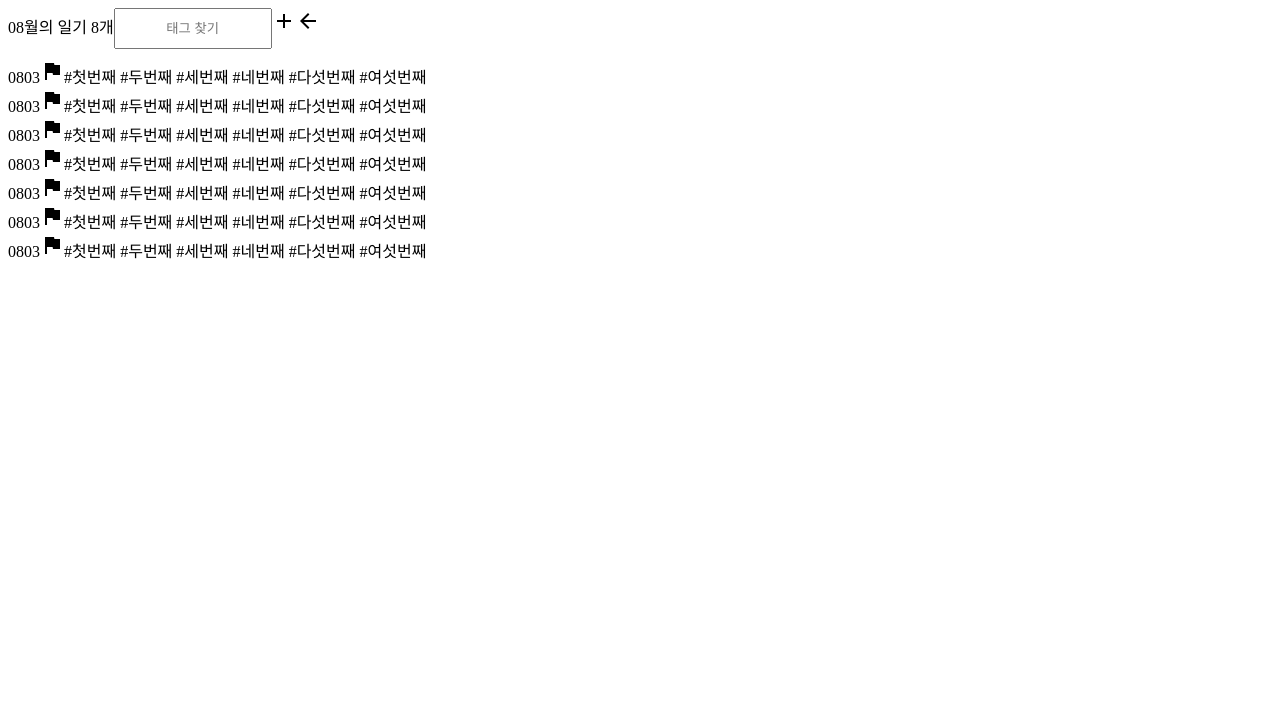
Repository: IMHANA/diary
Page: /list
The author's editor kept a copy of each file at every save. The page is drawn from the files as they stood at one save, then again after the next save.
The browser window is 1280 px wide. The pictures show the whole page.
The project was rebuilt for these pictures with package versions that can differ from the ones it lists, and the page was loaded fresh each time. Also part of the build but not shown: src/App.css, src/pages/Main/main.js, src/pages/Month/month.js.

Above is the page before, as saved 2021-08-05 14:22:14.

After the next save:
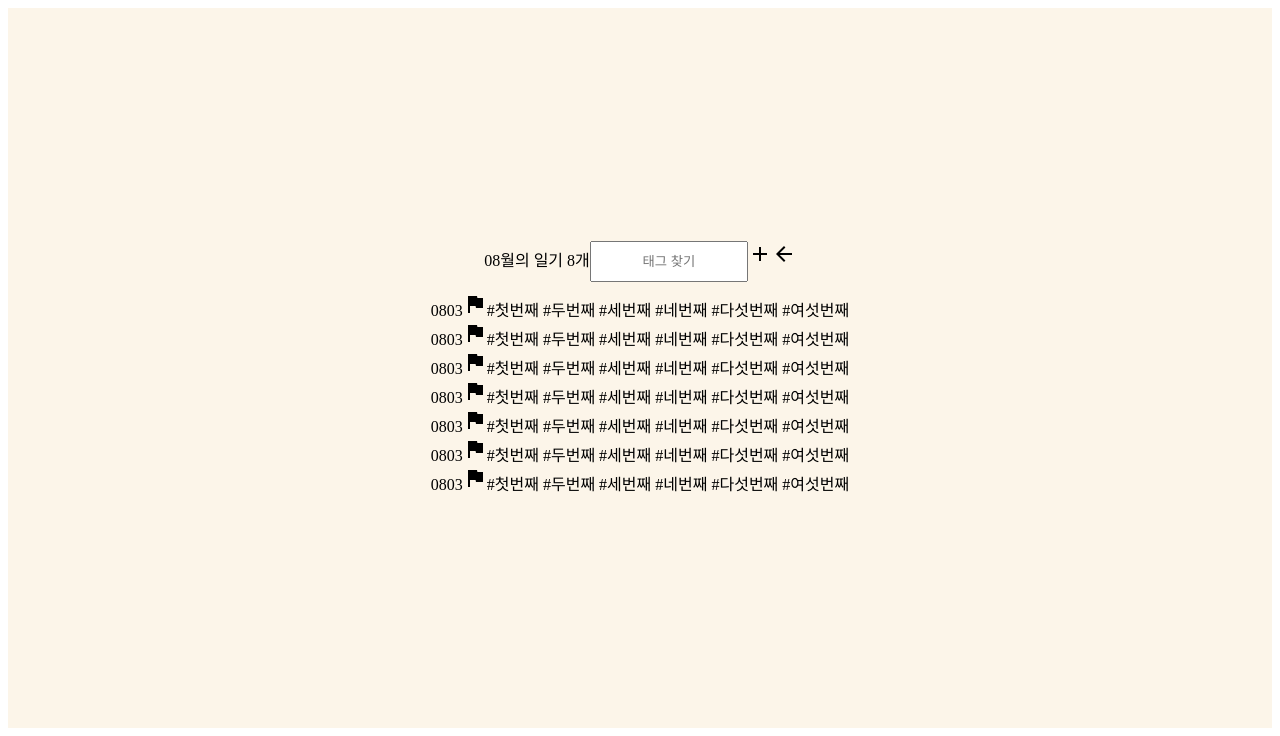
Saved 48 s later.
--- a/src/pages/DayList/dayList.js
+++ b/src/pages/DayList/dayList.js
@@ -4,7 +4,7 @@ import { Add, ArrowBack , Flag} from '@material-ui/icons'
 export default class dayList extends Component {
     render() {
         return (
-            <div>
+            <div id='container'>
                 <div>
                     <span>08</span><span>월의 일기 8개</span>
                     <input type='text' placeholder="태그 찾기"></input>
